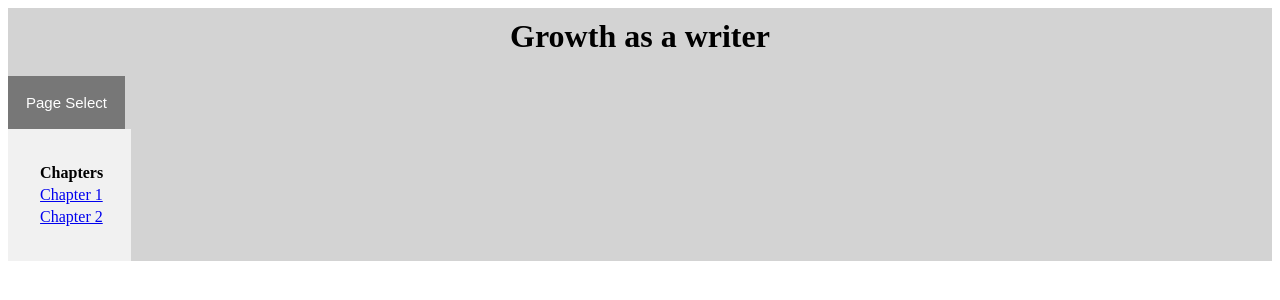
Repository: jpaisiem/WP-4
Page: index.html
These files come from the project's save history. The page is drawn as it stood at one moment and after the next save; the edit follows.
The browser window is 1280 px wide. The pictures show the whole page.

Above is the page before, as saved 2025-04-29 12:25:27.

### index.html
<!DOCTYPE html>
<html>
<head>
<meta name="viewport" content="width=device-width, initial-scale=1">
<style>
.collapsible {
  background-color: #777;
  color: white;
  cursor: pointer;
  padding: 18px;
  width: fit-content;
  border: none;
  text-align: left;
  outline: none;
  font-size: 15px;
}

.active, .collapsible:hover {
  background-color: #555;
}

.content {
  display: flex;
  flex-direction: column;
  overflow: hidden;
  background-color: #f1f1f1;
  width: fit-content;
  height: fit-content;
  padding-left: 2.3%;
  padding-right: 2%;
}
</style>
</head>
<body>
    <div style="background-color: lightgray; display: flex; flex-direction: column; ">
        <h1 style="text-align: center; background-color: lightgray; padding-top: 10px; margin-top: 0%;">Growth as a writer</h1>
<button type="button" class="collapsible">Page Select</button>
<div class="content">
  <p><table>
    <tr>
        <th>Chapters</th>
    </tr>
    <tr>
        <td><a href="#">Chapter 1</a></td>
    </tr>
     <tr>
        <td><a href="#">Chapter 2</a></td>
    </tr>
  </table></p>
</div>
    </div>


<script>
var coll = document.getElementsByClassName("collapsible");
var i;

for (i = 0; i < coll.length; i++) {
  coll[i].addEventListener("click", function() {
    this.classList.toggle("active");
    var content = this.nextElementSibling;
    if (content.style.display === "block") {
      content.style.display = "none";
    } else {
      content.style.display = "block";
    }
  });
}
</script>

</body>
</html>

After the next save:
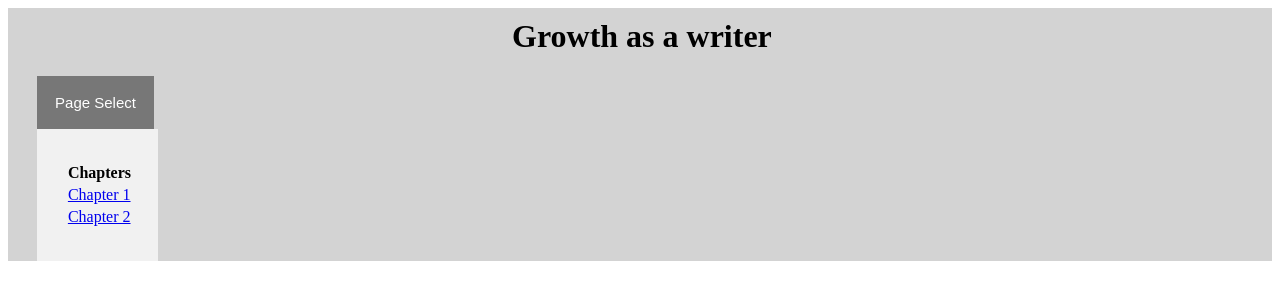
Saved 19 s later.
--- a/index.html
+++ b/index.html
@@ -32,7 +32,7 @@
 </style>
 </head>
 <body>
-    <div style="background-color: lightgray; display: flex; flex-direction: column; ">
+    <div style="background-color: lightgray; display: flex; flex-direction: column; margin-top: 0%; padding-top: 0%; padding-bottom: 0%; padding-left: 2.3%; padding-right: 2%;">
         <h1 style="text-align: center; background-color: lightgray; padding-top: 10px; margin-top: 0%;">Growth as a writer</h1>
 <button type="button" class="collapsible">Page Select</button>
 <div class="content">

After the save that followed:
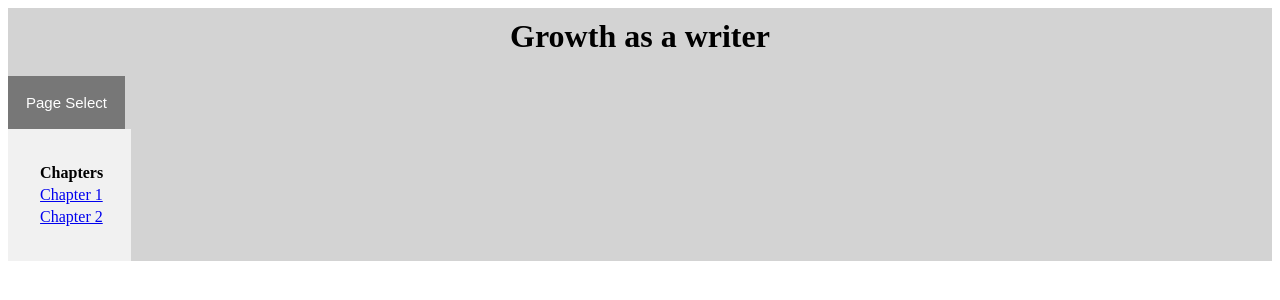
Saved 5 s later.
--- a/index.html
+++ b/index.html
@@ -32,7 +32,7 @@
 </style>
 </head>
 <body>
-    <div style="background-color: lightgray; display: flex; flex-direction: column; margin-top: 0%; padding-top: 0%; padding-bottom: 0%; padding-left: 2.3%; padding-right: 2%;">
+    <div style="background-color: lightgray; display: flex; flex-direction: column; margin-top: 0%;">
         <h1 style="text-align: center; background-color: lightgray; padding-top: 10px; margin-top: 0%;">Growth as a writer</h1>
 <button type="button" class="collapsible">Page Select</button>
 <div class="content">
